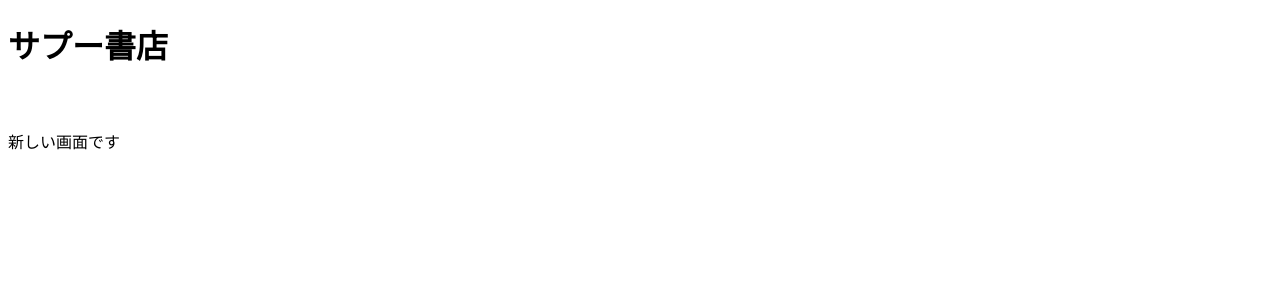
Repository: tom00ti/Vtuber_sapoo_flask
Page: http://localhost/form
The author's editor kept a copy of each file at every save. The page is drawn from the files as they stood at one save, then again after the next save.
The browser window is 1280 px wide. The pictures show the whole page.
The page is served by the project's application, run on Flask 3 (flaskr/app.py).

Above is the page before, as saved 2024-12-21 14:53:51.

### flaskr/templates/form.html
<!DOCTYPE html>
<html lang="ja">
    <head>
        <meta charset="UTF-8">
        <title>サプーアプリ</title>
    </head>
    <body>
        <h1>サプー書店</h1>
        　<p>新しい画面です</p>
    </body>
</html>

### flaskr/app.py
from flask import Flask, render_template
import sqlite3
DATABASE = 'database.db'

app = Flask(__name__)

import db
db.creat_books_table()

@app.route('/')
def index():
    con = sqlite3.connect(DATABASE)
    db_books = con.execute('SELECT * FROM books').fetchall()
    con.close()

    books = []
    for row in db_books:
        books.append({'title': row[0], 'price':row[1], 'arrival_day':row[2]})


    '''
    books = [
        {
            'title': 'はらぺこあおむし',
            'price': 1200,
            'arrival_day': '2020/07/12'
        },
        {
            'title': 'ぐりとぐら',
            'price': 990,
            'arrival_day': '2020/07/13'
        }
    ]
    '''

    return render_template(
        'index.html',
        books=db_books
    )

@app.route('/form')
def form():
    return render_template('form.html')

if __name__ == '__main__':
    app.run(debug=True)

### flaskr/db.py
import sqlite3

DATABASE = 'database.db'

def creat_books_table():
    con = sqlite3.connect(DATABASE)
    con.execute("CREATE TABLE IF NOT EXISTS books (title, price, arrival_day) ")
    con.close()

After the next save:
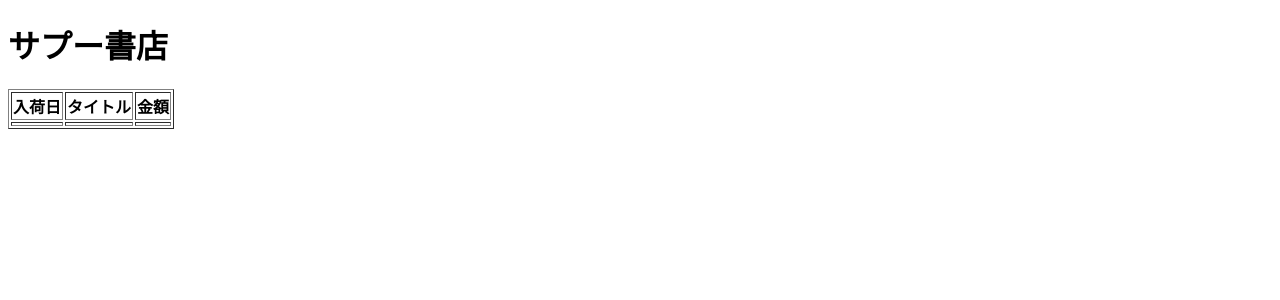
Saved 6 min 23 s later.
--- a/flaskr/templates/form.html
+++ b/flaskr/templates/form.html
@@ -6,6 +6,17 @@
     </head>
     <body>
         <h1>サプー書店</h1>
-        　<p>新しい画面です</p>
+        <table border="1">
+            <tr>
+                <th>入荷日</th>
+                <th>タイトル</th>
+                <th>金額</th>
+            </tr>
+            <tr>
+                <td></td>
+                <td></td>
+                <td></td>
+            </tr>
+        </table>
     </body>
 </html>
